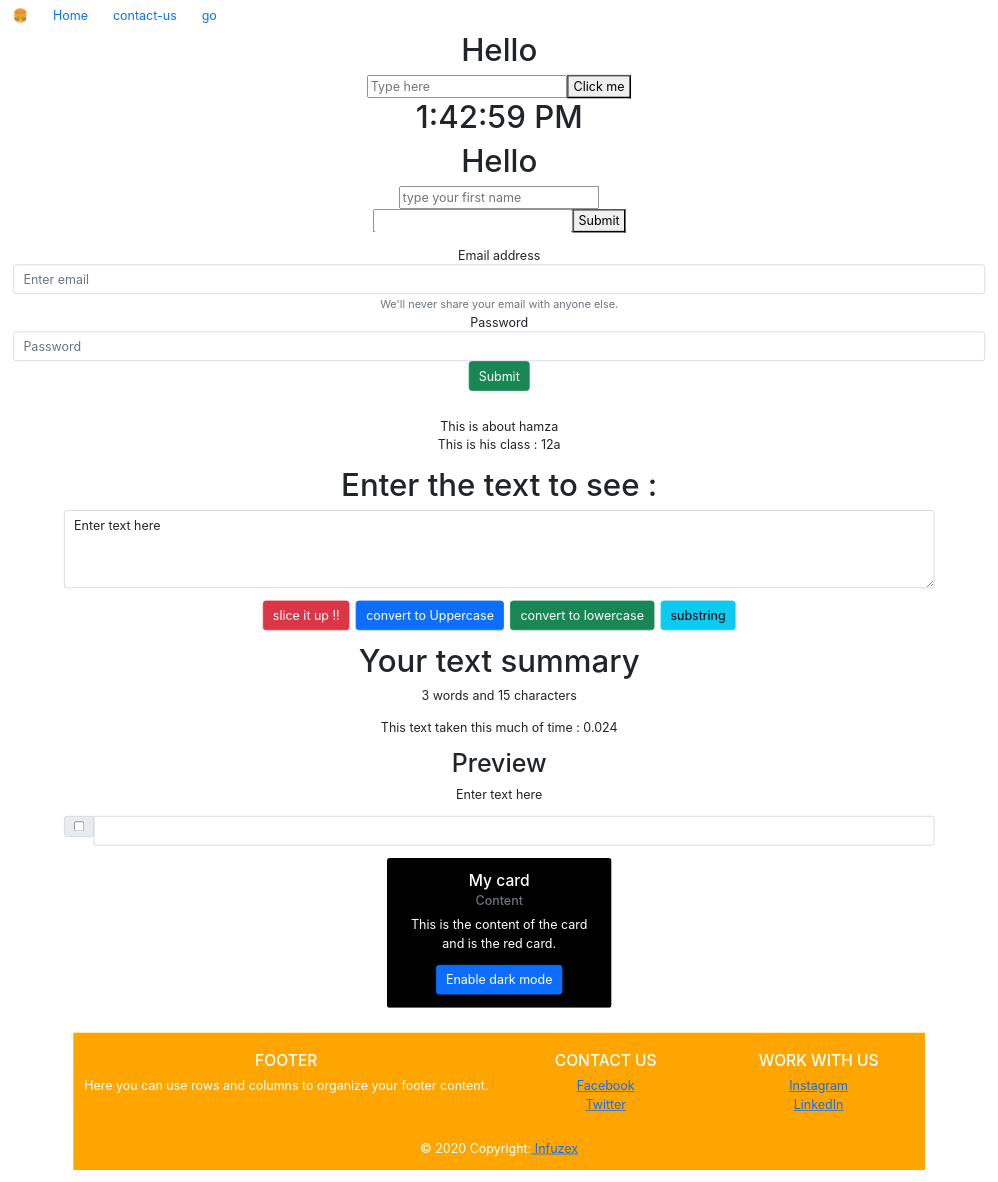
Repository: shah-zx/React-learning
Page: /
These files come from the project's save history. The page is drawn as it stood at one moment and after the next save; the edit follows.
The browser window is 1280 px wide. The pictures show the whole page, at 78% of full size.
The project was rebuilt for these pictures with package versions that can differ from the ones it lists, and the page was loaded fresh each time. Also part of the build but not shown: src/components/Welcome.js, src/components/Swagat.js, src/components/Namaste.js, src/components/Hello.js, src/components/ayiye.js, src/components/Message.js, src/components/Thought.js, src/components/Counter.js and 40 more. Imported but missing from the stored project, and not drawn on this page: src/components/Indexaskeyantipattern.

Above is the page before, as saved 2021-11-12 12:34:55.

After the next save:
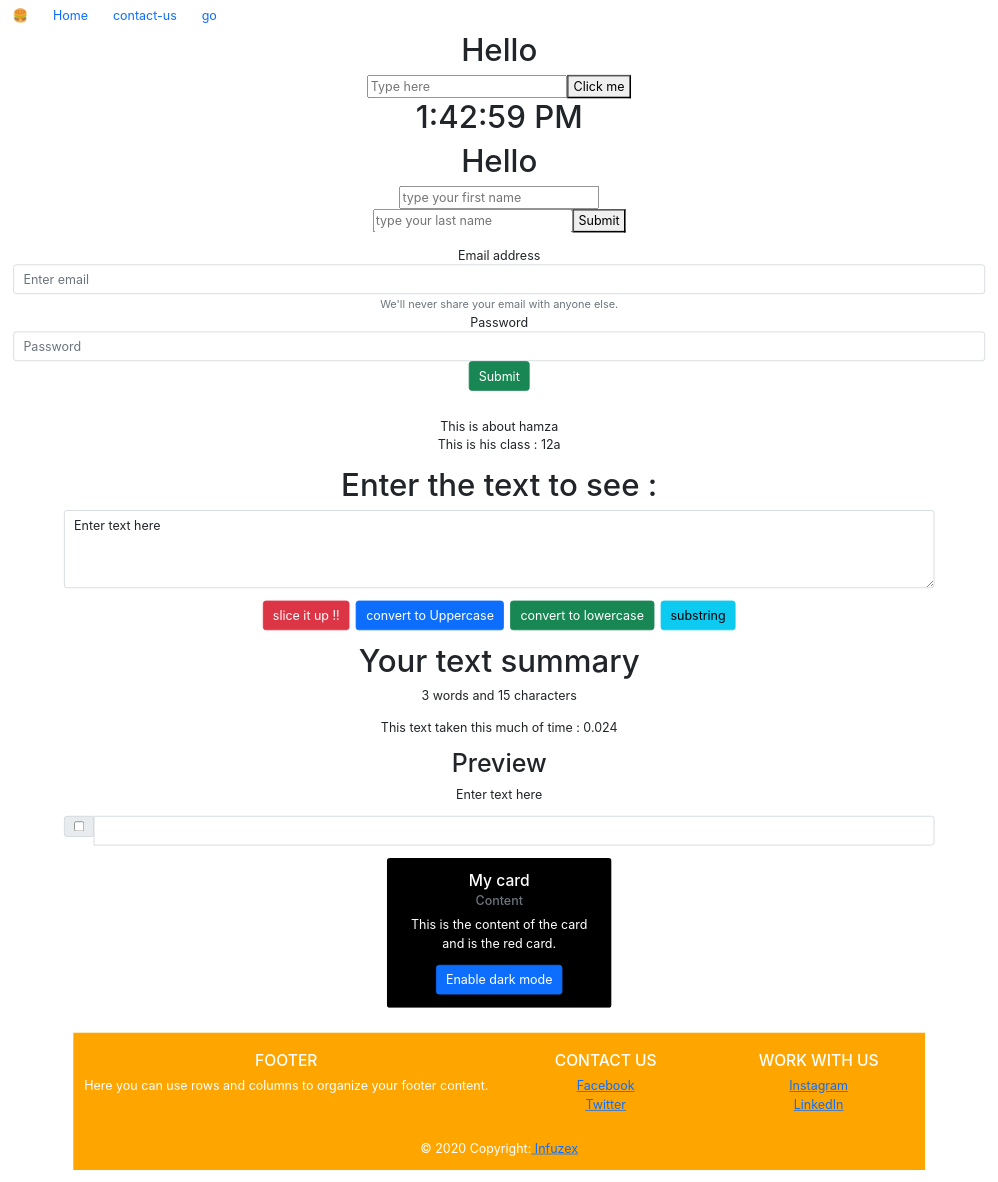
Saved 42 s later.
--- a/src/practice_components/Login.jsx
+++ b/src/practice_components/Login.jsx
@@ -36,9 +36,10 @@
             value={name}>
           </input>
           <br/>
-          <input type = "text"
+          <input
+          type = "text"
           onChange = {handleThattwo}
-          palceholder = "type your last name"
+          placeholder = "type your last name"
           name = "lname"
           value = {lastName}>
           </input>
